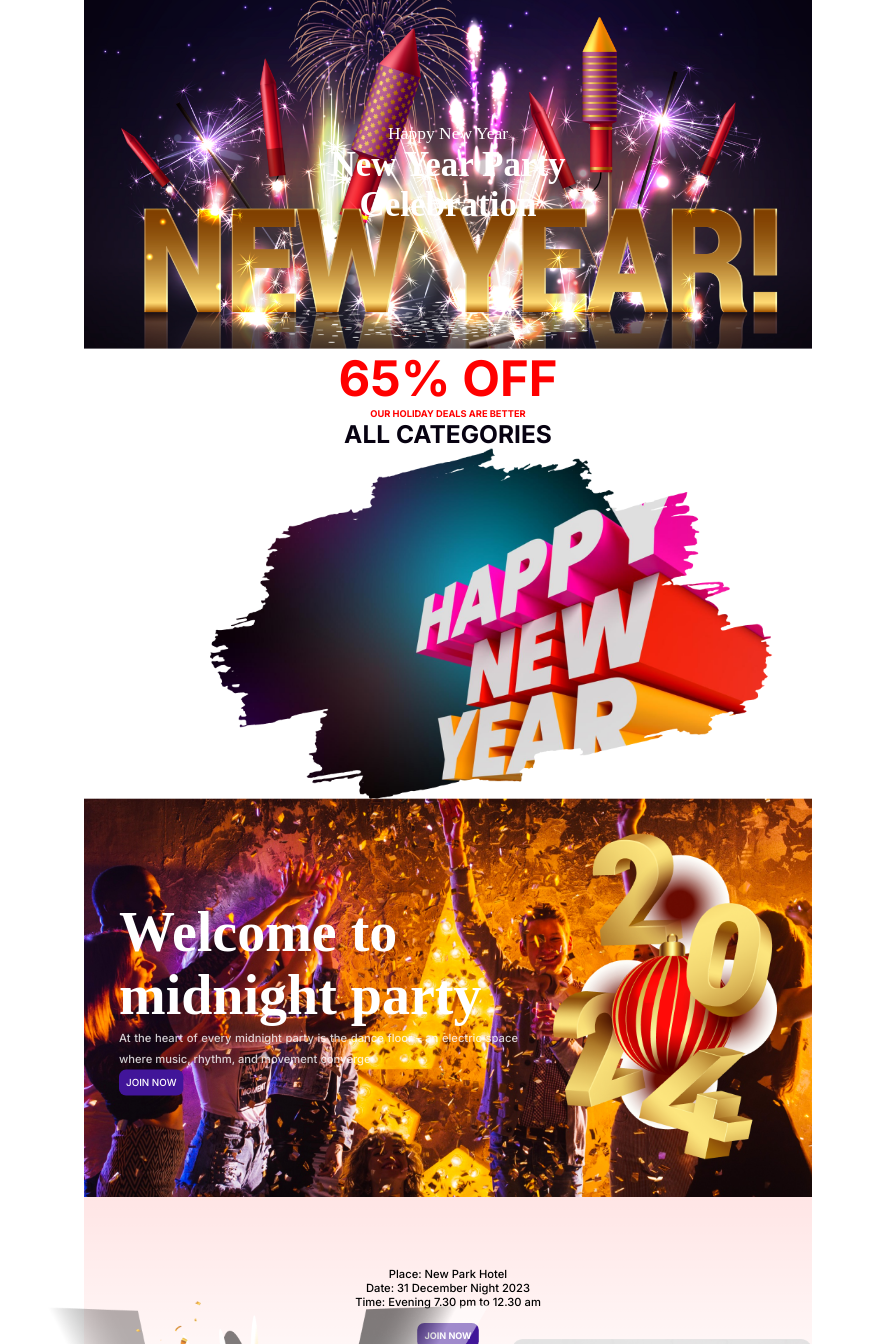
Repository: sumonkumarsarkar/new-year-2024
Page: index.html
An editor plug-in stored every save of this project. The page is shown before and after the next save, followed by the edit.
The browser window is 1280 px wide. The pictures show the part of the page from y = 0 to 1920 px (the page is 4486 px tall before and 4466 px after), at 70% of full size.

Above is the page before, as saved 2024-01-08 23:26:19.

After the next save:
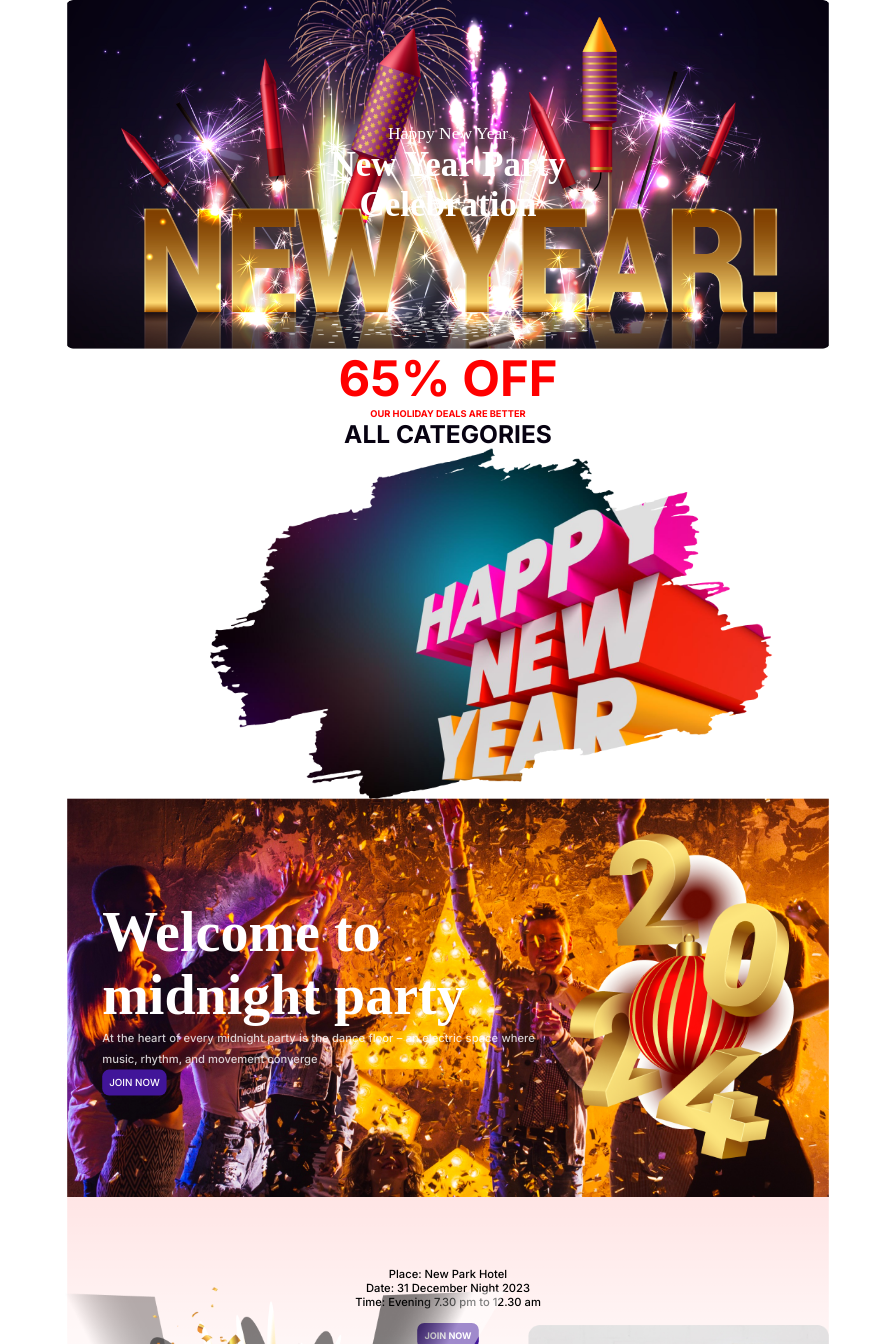
Saved 39 s later.
--- a/style.css
+++ b/style.css
@@ -308,7 +308,7 @@
 }
 
 .container{
-    width:1040px;
+
     position: relative;
     margin: 0 auto;
 }

After the save that followed:
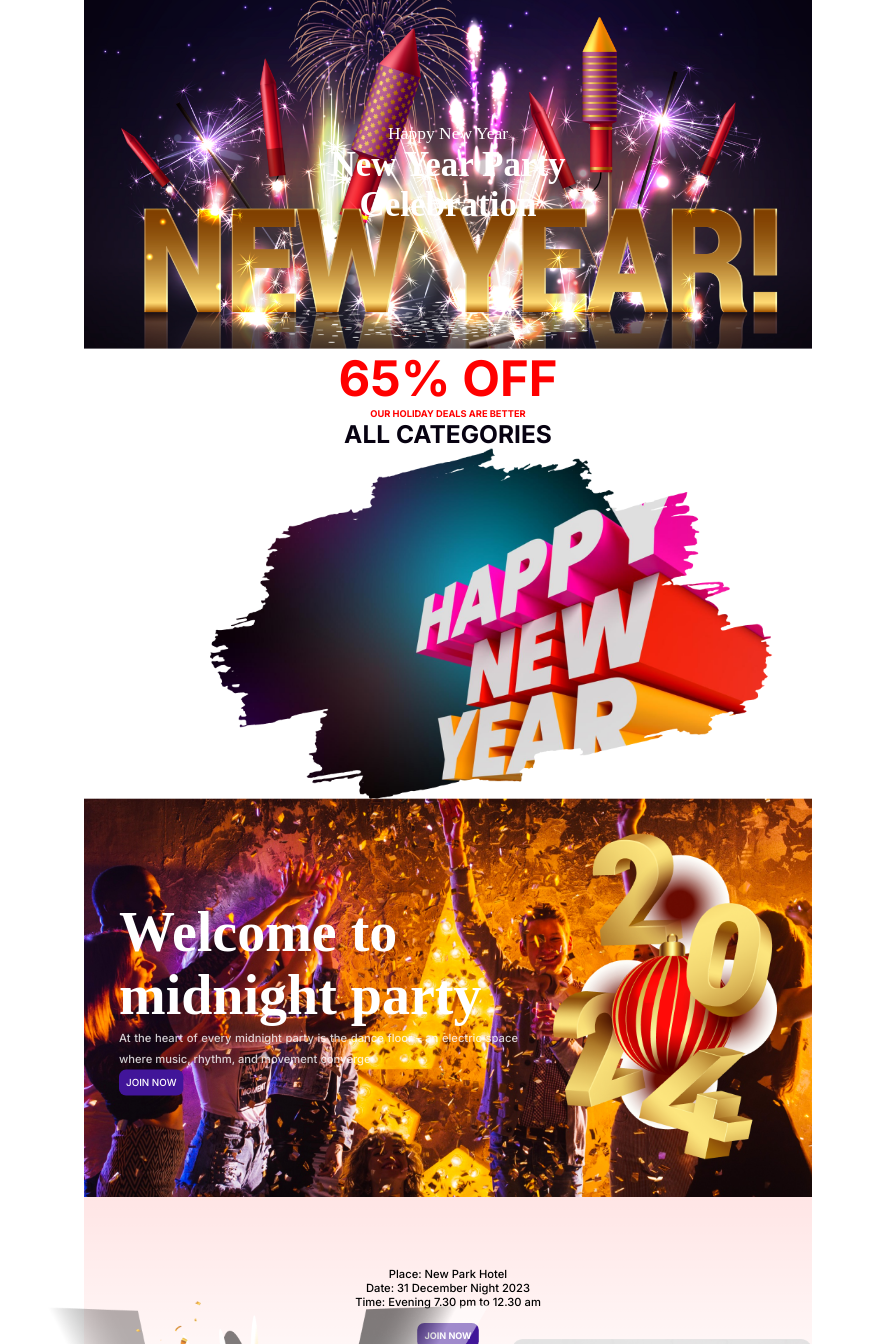
Saved 9 s later.
--- a/style.css
+++ b/style.css
@@ -308,7 +308,7 @@
 }
 
 .container{
-
+    width:1040px;
     position: relative;
     margin: 0 auto;
 }
